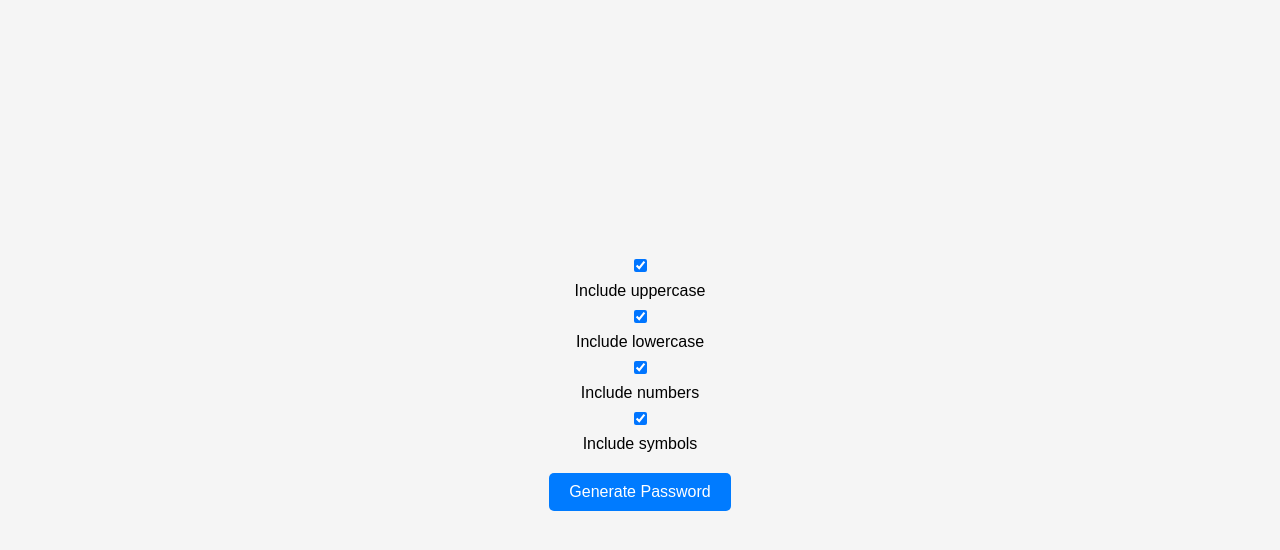
Repository: sriram1224/pass-generator
Page: /
The author's editor kept a copy of each file at every save. The page is drawn from the files as they stood at one save, then again after the next save.
The browser window is 1280 px wide. The pictures show the whole page.
The project was rebuilt for these pictures with package versions that can differ from the ones it lists, and the page was loaded fresh each time.

Above is the page before, as saved 2024-03-21 19:38:55.

### src/App.js
import React, { useState, useRef, useCallback } from 'react';
import './App.css';

function generatePassword(length, includeUpper, includeLower, includeNumber, includeSymbol){
  const upperChars = 'ABCDEFGHIJKLMNOPQRSTUVWXYZ';
  const lowerChars = 'abcdefghijklmnopqrstuvwxyz';
  const numberChars = '0123456789';
  const symbolChars = '!@#$%^&*()-_=+';

  let chars = '';
  if (includeUpper) chars+= upperChars;
  if (includeLower) chars += lowerChars;
  if (includeNumber) chars += numberChars;
  if (includeSymbol) chars += symbolChars;
  let password = '';
  for(let i = 0; i < length; i++){
    password += chars.charAt(Math.floor(Math.random() * chars.length));
  }
  return password;
}

function App() {
  const [password,setPassword] = useState('');
  const includeUpperref = useRef(true);
  const includeLowerref= useRef(true);
  const includeSymbolref = useRef(true);
  const includeNumberref= useRef(true);
  const lengthRef = useRef(8);

  const handlechange = (ref) => {
    ref.current = !ref.current;
    handlePassword();
  };

  const handlePassword = useCallback(() => {
    const newPass = generatePassword(
      lengthRef.current,
      includeUpperref.current,
      includeLowerref.current,
      includeNumberref.current,
      includeSymbolref.current
    );
    setPassword(newPass);
  }, []);

  return (
    <div className="App">
      <p>{password}</p>
      <input type="checkbox" checked={includeUpperref.current} onChange={() => handlechange(includeUpperref)} /> Include uppercase
      <input type="checkbox" checked={includeLowerref.current} onChange={() => handlechange(includeLowerref)} /> Include lowercase
      <input type="checkbox" checked={includeNumberref.current} onChange={() => handlechange(includeNumberref)} /> Include numbers
      <input type="checkbox" checked={includeSymbolref.current} onChange={() => handlechange(includeSymbolref)} /> Include symbols
      <button onClick={handlePassword}>Generate Password</button>

    </div>
  );
}

export default App;

### src/App.css
.App {
  display: flex;
  flex-direction: column;
  align-items: center;
  justify-content: center;
  height: 100vh;
  background-color: #f5f5f5;
  font-family: Arial, sans-serif;
}

input[type="checkbox"] {
  margin: 10px;
}

button {
  margin-top: 20px;
  padding: 10px 20px;
  font-size: 16px;
  border: none;
  background-color: #007BFF;
  color: white;
  cursor: pointer;
  border-radius: 5px;
}

button:hover {
  background-color: #0056b3;
}

p {
  margin-top: 20px;
  font-size: 20px;
  color: #333;
}

Loaded but not shown: public/index.html (common file); src/index.js (common file); src/index.css (common file); src/reportWebVitals.js (common file)

After the next save:
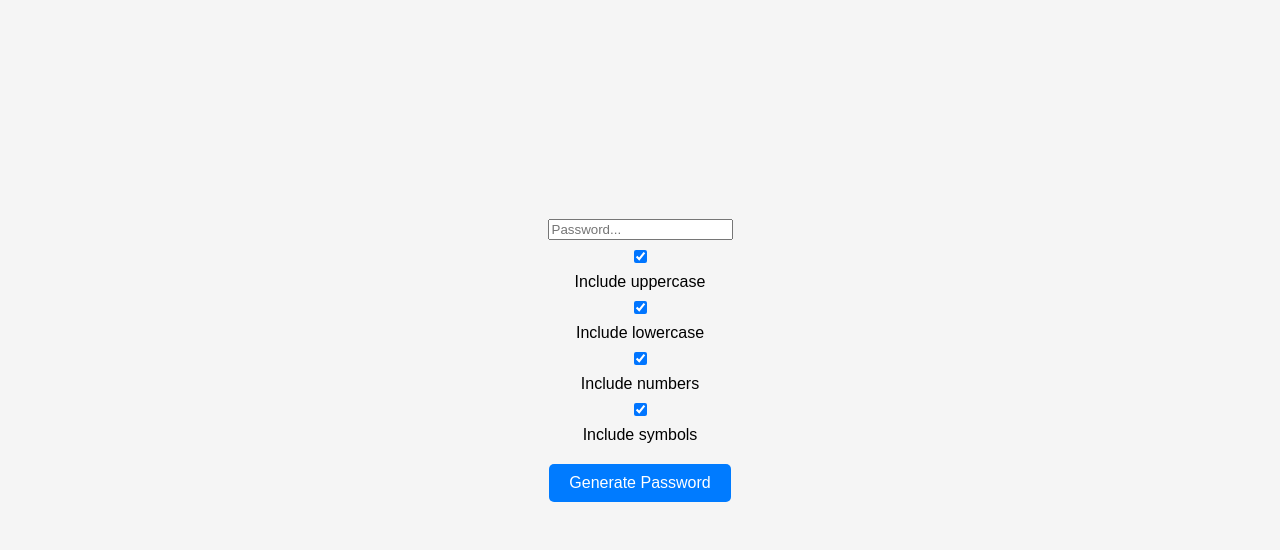
Saved 107 s later.
--- a/src/App.js
+++ b/src/App.js
@@ -45,7 +45,7 @@ function App() {
 
   return (
     <div className="App">
-      <p>{password}</p>
+      <input type="text"  value={password} placeholder='Password...'   readonly />
       <input type="checkbox" checked={includeUpperref.current} onChange={() => handlechange(includeUpperref)} /> Include uppercase
       <input type="checkbox" checked={includeLowerref.current} onChange={() => handlechange(includeLowerref)} /> Include lowercase
       <input type="checkbox" checked={includeNumberref.current} onChange={() => handlechange(includeNumberref)} /> Include numbers
